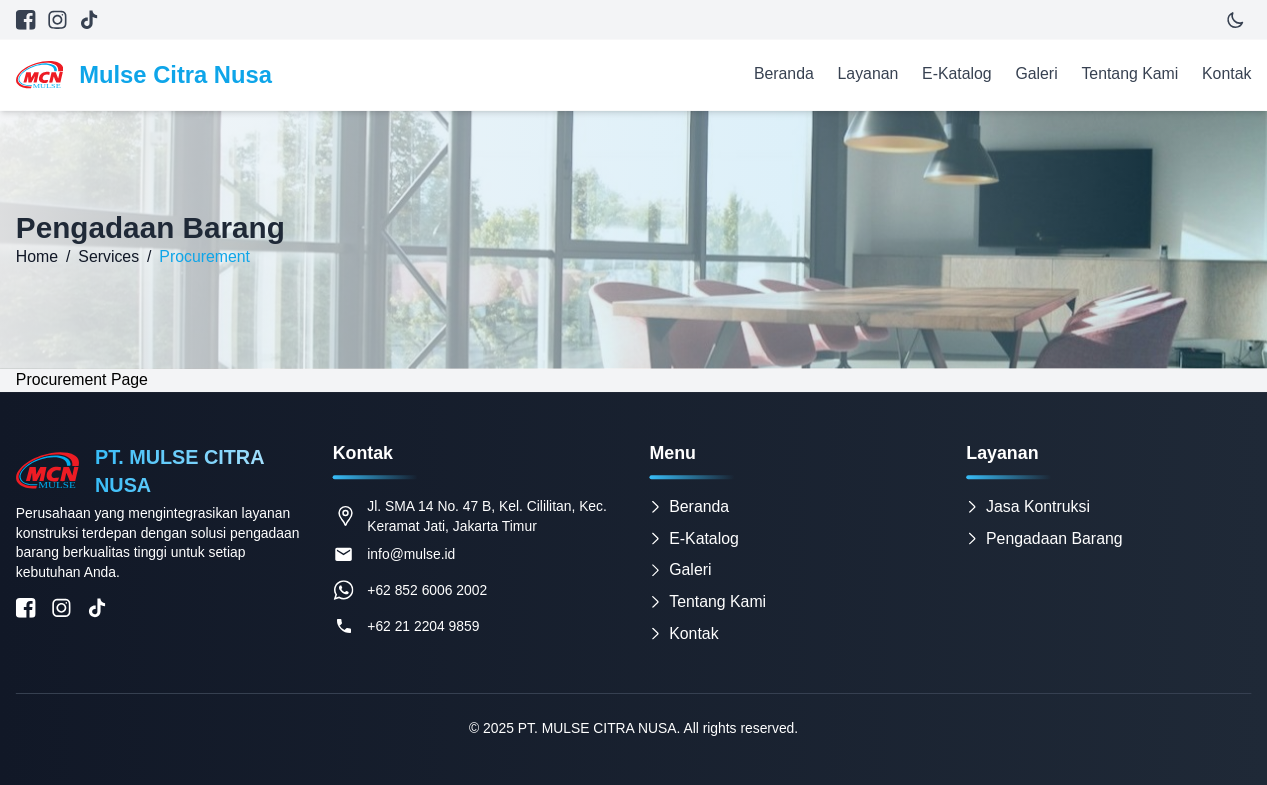
Repository: PrasBaldin/next-mulse
Page: /services/procurement
The author's editor kept a copy of each file at every save. The page is drawn from the files as they stood at one save, then again after the next save.
The browser window is 1280 px wide. The pictures show the whole page, at 99% of full size.
The project was rebuilt for these pictures with package versions that can differ from the ones it lists, and the page was loaded fresh each time. The framework's server and built-in components were replaced by stand-ins that run in the browser. Also part of the build but not shown: next.config.ts.

Above is the page before, as saved 2025-02-26 12:46:35.

### app/layout.tsx
import type { Metadata } from "next";
import { Geist, Geist_Mono } from "next/font/google";
import "./globals.css";
import Navbar from "@/components/navbar";
import Footer from "@/components/footer";

const geistSans = Geist({
  variable: "--font-geist-sans",
  subsets: ["latin"],
});

const geistMono = Geist_Mono({
  variable: "--font-geist-mono",
  subsets: ["latin"],
});

export const metadata: Metadata = {
  title: "Mulse",
  description: "Selamat datang di PT. Mulse Citra Nusa, kami menyediakan barang dan jasa sesuai kebutuhan Anda.",
};

export default function RootLayout({
  children,
}: Readonly<{
  children: React.ReactNode;
}>) {
  return (
    <html lang="en">
      <body className={`${geistSans.variable} ${geistMono.variable} antialiased`} >
        <Navbar />
        {children}
        <Footer />
      </body>
    </html>
  );
}

### app/services/procurement/page.tsx
import Link from "next/link";

const ProcurementPage = () => {
  return (
    <>
      <section className="mt-[72px] lg:mt-[112px]">
        <div className="banner">
          <div className="banner-mask"></div>
          <div className="container z-[1] relative">
            <div className="banner-content">
              <h4 className="text-3xl font-bold text-gray-800 dark:text-gray-100 transition duration-500 ease-in-out">
                Pengadaan Barang
              </h4>
              <ul className="breadcrumbs">
                <li>
                  <Link
                    href="/"
                    className="text-gray-900 dark:text-gray-100 transition duration-500 ease-in-out"
                  >
                    Home
                  </Link>
                </li>
                <li className="text-gray-900 dark:text-gray-100 transition duration-500 ease-in-out">
                  /
                </li>
                <li>
                  <Link
                    href="/"
                    className="text-gray-900 dark:text-gray-100 transition duration-500 ease-in-out"
                  >
                    Services
                  </Link>
                </li>
                <li className="text-gray-900 dark:text-gray-100 transition duration-500 ease-in-out">
                  /
                </li>
                <li>
                  <Link href="/gallery" className="text-sky-500">
                    Procurement
                  </Link>
                </li>
              </ul>
            </div>
          </div>
        </div>
      </section>
      <div className="container">
        <h3>Procurement Page</h3>
      </div>
    </>
  );
};

export default ProcurementPage;

### app/globals.css
@tailwind base;
@tailwind components;
@tailwind utilities;

:root {
  --background: #ffffff;
  --foreground: #171717;
}

@media (prefers-color-scheme: dark) {
  :root {
    --background: #0a0a0a;
    --foreground: #ededed;
  }
}

body {
  font-family: Arial, Helvetica, sans-serif;
  @apply bg-gray-100 dark:bg-gray-700;
}

.container {
  @apply mx-auto px-4;
}

.btn {
  @apply px-4 py-3 rounded-lg transition duration-500 ease-in-out;
}

.btn-primary {
  @apply bg-sky-600 hover:bg-sky-700 dark:hover:bg-sky-700 text-gray-100 hover:text-gray-300;
}

.btn-secondary {
  @apply bg-gray-100 hover:bg-gray-300 dark:hover:bg-gray-300 text-gray-800;
}

.btn-primary-border {
  @apply bg-transparent hover:bg-sky-500 dark:hover:bg-sky-500 border-2 border-sky-500 text-sky-500 dark:text-sky-500 hover:text-white dark:hover:text-white;
}

.banner {
  background-image: url("/img/banner-2.jpg");
  background-size: cover;
  @apply py-[100px] relative;
}

.banner-mask {
  @apply absolute inset-0 bg-gradient-to-r from-gray-100/90 to-sky-500/20 dark:from-gray-800/90 dark:to-sky-500/20 transition duration-500 ease-in-out z-[0];
}

.breadcrumbs {
  @apply flex gap-2 font-medium;
}

### components/navbar.tsx
"use client";
import { useState } from "react";
import Link from "next/link";
import Image from "next/image";

import MulseSvg from "@/public/img/mulse.svg";
import "./navbar.css";

// import ToggleLanguage from "./toggleLanguage";
import ToggleDarkMode from "./toggleDarkMode";

const Navbar = () => {
  const [isOpen, setIsOpen] = useState(false);
  const [isDropdownOpen, setIsDropdownOpen] = useState(false);

  return (
    <>
      <div className="utility-bar">
        <div className="container">
          <div className="flex justify-between items-center">
            <div className="w-full flex">
              <a
                href="https://www.facebook.com/profile.php?id=61550927165561&ref=ig_profile_ac"
                target="_blank"
                rel="noopener noreferrer"
                aria-label="Facebook"
                className="social-media-link hover:text-sky-400 transition-colors duration-300"
              >
                <svg
                  className="w-5 h-5 rounded"
                  fill="currentColor"
                  viewBox="0 0 24 24"
                  stroke="none"
                >
                  <path d="M22.675 0h-21.35C.593 0 0 .593 0 1.325v21.351C0 23.407.593 24 1.325 24h11.494v-9.294H9.692v-3.622h3.127V8.413c0-3.1 1.894-4.788 4.659-4.788 1.325 0 2.463.099 2.794.143v3.24l-1.918.001c-1.504 0-1.794.715-1.794 1.763v2.314h3.587l-.467 3.622h-3.12V24h6.116C23.407 24 24 23.407 24 22.675V1.325C24 .593 23.407 0 22.675 0z" />
                </svg>
              </a>
              <a
                href="https://www.instagram.com/mulse.id/"
                target="_blank"
                rel="noopener noreferrer"
                aria-label="Instagram"
                className="social-media-link hover:text-sky-400 transition-colors duration-300"
              >
                <svg
                  className="w-5 h-5"
                  viewBox="0 0 24 24"
                  fill="none"
                  xmlns="http://www.w3.org/2000/svg"
                >
                  <path
                    fillRule="evenodd"
                    clipRule="evenodd"
                    d="M12 18C15.3137 18 18 15.3137 18 12C18 8.68629 15.3137 6 12 6C8.68629 6 6 8.68629 6 12C6 15.3137 8.68629 18 12 18ZM12 16C14.2091 16 16 14.2091 16 12C16 9.79086 14.2091 8 12 8C9.79086 8 8 9.79086 8 12C8 14.2091 9.79086 16 12 16Z"
                    fill="currentColor"
                  />
                  <path
                    d="M18 5C17.4477 5 17 5.44772 17 6C17 6.55228 17.4477 7 18 7C18.5523 7 19 6.55228 19 6C19 5.44772 18.5523 5 18 5Z"
                    fill="currentColor"
                  />
                  <path
                    fillRule="evenodd"
                    clipRule="evenodd"
                    d="M1.65396 4.27606C1 5.55953 1 7.23969 1 10.6V13.4C1 16.7603 1 18.4405 1.65396 19.7239C2.2292 20.8529 3.14708 21.7708 4.27606 22.346C5.55953 23 7.23969 23 10.6 23H13.4C16.7603 23 18.4405 23 19.7239 22.346C20.8529 21.7708 21.7708 20.8529 22.346 19.7239C23 18.4405 23 16.7603 23 13.4V10.6C23 7.23969 23 5.55953 22.346 4.27606C21.7708 3.14708 20.8529 2.2292 19.7239 1.65396C18.4405 1 16.7603 1 13.4 1H10.6C7.23969 1 5.55953 1 4.27606 1.65396C3.14708 2.2292 2.2292 3.14708 1.65396 4.27606ZM13.4 3H10.6C8.88684 3 7.72225 3.00156 6.82208 3.0751C5.94524 3.14674 5.49684 3.27659 5.18404 3.43597C4.43139 3.81947 3.81947 4.43139 3.43597 5.18404C3.27659 5.49684 3.14674 5.94524 3.0751 6.82208C3.00156 7.72225 3 8.88684 3 10.6V13.4C3 15.1132 3.00156 16.2777 3.0751 17.1779C3.14674 18.0548 3.27659 18.5032 3.43597 18.816C3.81947 19.5686 4.43139 20.1805 5.18404 20.564C5.49684 20.7234 5.94524 20.8533 6.82208 20.9249C7.72225 20.9984 8.88684 21 10.6 21H13.4C15.1132 21 16.2777 20.9984 17.1779 20.9249C18.0548 20.8533 18.5032 20.7234 18.816 20.564C19.5686 20.1805 20.1805 19.5686 20.564 18.816C20.7234 18.5032 20.8533 18.0548 20.9249 17.1779C20.9984 16.2777 21 15.1132 21 13.4V10.6C21 8.88684 20.9984 7.72225 20.9249 6.82208C20.8533 5.94524 20.7234 5.49684 20.564 5.18404C20.1805 4.43139 19.5686 3.81947 18.816 3.43597C18.5032 3.27659 18.0548 3.14674 17.1779 3.0751C16.2777 3.00156 15.1132 3 13.4 3Z"
                    fill="currentColor"
                  />
                </svg>
              </a>
              <a
                href="/"
                target="_blank"
                rel="noopener noreferrer"
                aria-label="Tiktok"
                className="social-media-link hover:text-sky-400 transition-colors duration-300"
              >
                <svg
                  className="w-5 h-5"
                  fill="currentColor"
                  viewBox="0 0 32 32"
                  version="1.1"
                  xmlns="http://www.w3.org/2000/svg"
                >
                  <path d="M16.656 1.029c1.637-0.025 3.262-0.012 4.886-0.025 0.054 2.031 0.878 3.859 2.189 5.213l-0.002-0.002c1.411 1.271 3.247 2.095 5.271 2.235l0.028 0.002v5.036c-1.912-0.048-3.71-0.489-5.331-1.247l0.082 0.034c-0.784-0.377-1.447-0.764-2.077-1.196l0.052 0.034c-0.012 3.649 0.012 7.298-0.025 10.934-0.103 1.853-0.719 3.543-1.707 4.954l0.020-0.031c-1.652 2.366-4.328 3.919-7.371 4.011l-0.014 0c-0.123 0.006-0.268 0.009-0.414 0.009-1.73 0-3.347-0.482-4.725-1.319l0.040 0.023c-2.508-1.509-4.238-4.091-4.558-7.094l-0.004-0.041c-0.025-0.625-0.037-1.25-0.012-1.862 0.49-4.779 4.494-8.476 9.361-8.476 0.547 0 1.083 0.047 1.604 0.136l-0.056-0.008c0.025 1.849-0.050 3.699-0.050 5.548-0.423-0.153-0.911-0.242-1.42-0.242-1.868 0-3.457 1.194-4.045 2.861l-0.009 0.030c-0.133 0.427-0.21 0.918-0.21 1.426 0 0.206 0.013 0.41 0.037 0.61l-0.002-0.024c0.332 2.046 2.086 3.59 4.201 3.59 0.061 0 0.121-0.001 0.181-0.004l-0.009 0c1.463-0.044 2.733-0.831 3.451-1.994l0.010-0.018c0.267-0.372 0.45-0.822 0.511-1.311l0.001-0.014c0.125-2.237 0.075-4.461 0.087-6.698 0.012-5.036-0.012-10.060 0.025-15.083z"></path>
                </svg>
              </a>
            </div>
            <div className="utility-content">
              {/* <ToggleLanguage /> */}
              <ToggleDarkMode />
            </div>
          </div>
        </div>
      </div>
      <nav className="navbar">
        <div className="container">
          <div className="flex justify-between items-center">
            <Link
              href="/"
              className="text-2xl font-bold text-sky-500 dark:text-gray-100 flex items-center transition duration-500 ease-in-out py-3"
            >
              <Image src={MulseSvg} alt="img" className="w-12 mr-4" />
              Mulse Citra Nusa
            </Link>

            <div className="hidden lg:flex space-x-6 items-center">
              <Link href="/" className="nav-link">
                Beranda
              </Link>

              <div
                className="relative group"
                onMouseEnter={() => setIsDropdownOpen(true)}
                onMouseLeave={() => setIsDropdownOpen(false)}
              >
                <Link href="/services">
                  <button className="nav-link flex items-center">
                    Layanan
                  </button>
                </Link>
                <div
                  className={`nav-dropdown min-w-[200px] ${
                    isDropdownOpen
                      ? "opacity-100 visible scale-100 translate-y-0"
                      : "opacity-0 invisible scale-95 translate-y-3"
                  }`}
                >
                  <Link
                    href="/services/procurement"
                    className="nav-link-dropdown"
                  >
                    Pengadaan Barang
                  </Link>
                  <Link
                    href="/services/construction"
                    className="nav-link-dropdown"
                  >
                    Jasa Konstruksi
                  </Link>
                </div>
              </div>
              <a
                href="https://katalog.inaproc.id/mulse-citra-nusa"
                target="_blank"
                className="nav-link"
              >
                E-Katalog
              </a>
              <Link href="/gallery" className="nav-link">
                Galeri
              </Link>
              <Link href="/about" className="nav-link">
                Tentang Kami
              </Link>
              <Link href="/contact" className="nav-link">
                Kontak
              </Link>
            </div>

            <button
              className="lg:hidden relative w-8 h-8"
              onClick={() => setIsOpen(!isOpen)}
            >
              <div
                className={`hamburger ${
                  isOpen
                    ? "rotate-45 top-1/2 transform -translate-y-1/2"
                    : "top-2"
                }`}
              ></div>
              <div
                className={`hamburger ${
                  isOpen ? "opacity-0" : "top-1/2 transform -translate-y-1/2"
                }`}
              ></div>
              <div
                className={`hamburger ${
                  isOpen
                    ? "-rotate-45 bottom-1/2 transform translate-y-1/2"
                    : "bottom-2"
                }`}
              ></div>
            </button>
          </div>
        </div>
      </nav>

      {/* Overlay Sidebar */}
      <div
        className={`lg:hidden fixed top-18 left-0 w-full h-full bg-black/50 backdrop-blur-sm transition-opacity duration-500 ease-in-out z-[9] ${
          isOpen ? "opacity-100 visible" : "opacity-0 invisible"
        }`}
        onClick={() => setIsOpen(false)}
      ></div>

      {/* Sidebar Menu */}
      <div
        className={`bg-white dark:bg-gray-800 lg:hidden fixed mt-[72px] right-0 w-64 h-full shadow-lg transform transition-transform duration-500 ease-in-out z-10 ${
          isOpen ? "translate-x-0" : "translate-x-full"
        }`}
      >
        <div className="p-6 flex flex-col space-y-4">
          <Link
            href="/"
            className="nav-link-mobile"
            onClick={() => setIsOpen(false)}
          >
            Beranda
          </Link>

          <div>
            <button
              className="nav-link-mobile flex items-center w-full"
              onClick={() => setIsDropdownOpen(!isDropdownOpen)}
            >
              Layanan
              <span
                className={`dropdown-arrow ${
                  isDropdownOpen
                    ? "rotate-45 absolute right-9 mb-2"
                    : "-rotate-45 absolute right-9"
                }`}
              ></span>
            </button>
            <div
              className={`bg-white dark:bg-gray-800 ml-4 space-y-2 rounded-lg overflow-hidden transition-all duration-500 ease-in-out ${
                isDropdownOpen
                  ? "max-h-[500px] opacity-100 p-2 mt-2"
                  : "max-h-0 opacity-0 p-0 mt-0"
              }`}
            >
              <Link
                href="/services/procurement"
                className="nav-link-mobile block"
                onClick={() => setIsOpen(false)}
              >
                Pengadaan Barang
              </Link>
              <Link
                href="/services/construction"
                className="nav-link-mobile block"
                onClick={() => setIsOpen(false)}
              >
                Jasa Konstruksi
              </Link>
            </div>
          </div>
          <Link
            href="https://katalog.mulse.id"
            className="nav-link-mobile"
            onClick={() => setIsOpen(false)}
          >
            E-Katalog
          </Link>
          <Link
            href="/gallery"
            className="nav-link-mobile"
            onClick={() => setIsOpen(false)}
          >
            Galeri
          </Link>
          <Link
            href="/about"
            className="nav-link-mobile"
            onClick={() => setIsOpen(false)}
          >
            Tentang Kami
          </Link>
          <Link
            href="/contact"
            className="nav-link-mobile"
            onClick={() => setIsOpen(false)}
          >
            Kontak
          </Link>
          {/* <ToggleLanguage /> */}
          <ToggleDarkMode />
        </div>
      </div>
    </>
  );
};

export default Navbar;

### components/navbar.css
.utility-bar {
  @apply hidden lg:block absolute top-0 w-full py-1 bg-gray-100 dark:bg-gray-700 transition duration-500 ease-in-out z-10;
}

.utility-content {
  @apply w-auto flex gap-2;
}

.social-media-link {
  @apply mr-3 text-gray-700 dark:text-gray-100 hover:text-sky-500 dark:hover:text-sky-500 transition duration-300;
}

.navbar {
  @apply bg-white dark:bg-gray-800 transition duration-500 ease-in-out shadow-md top-0 lg:top-[40px] fixed lg:absolute w-full z-20;
}

.nav-link {
  @apply text-gray-700 hover:text-sky-500 dark:hover:text-sky-500 dark:text-gray-100 py-5 transition duration-500 ease-in-out border-b-2 border-transparent hover:border-sky-500 flex items-center;
}

.nav-dropdown {
  @apply bg-white dark:bg-gray-800 absolute top-[4rem] -left-2 w-auto pt-2 p-3 border-2 border-sky-300 dark:border-sky-800 border-t-sky-500 dark:border-t-sky-500 shadow-xl rounded-lg overflow-visible transition-all duration-300 transform;
}

.nav-link-dropdown {
  @apply text-gray-700 hover:text-sky-500 dark:hover:text-sky-500 dark:text-gray-100 pt-2 pb-1 transition duration-500 ease-in-out hover:bg-gray-100 dark:hover:bg-gray-700 rounded border-b border-gray-200 hover:border-sky-500 block mt-2 px-2;
}

.nav-link-mobile {
  @apply hover:bg-gray-100 dark:hover:bg-gray-700 text-gray-700 hover:text-sky-500 dark:hover:text-sky-500 dark:text-gray-100 py-2 pl-2 border-b border-gray-200 hover:border-sky-500 rounded transition;
}

.hamburger {
  @apply absolute w-6 h-[3px] bg-gray-800 dark:bg-gray-100 rounded transition duration-500 ease-in-out;
}

.dropdown-arrow {
  @apply border-b-2 border-r-2 border-gray-700 dark:border-gray-100 ml-2 w-3 h-3 transition duration-500 ease-in-out;
}

.nav-link-mobile:hover .dropdown-arrow {
  @apply border-sky-500;
}

### components/toggleDarkMode.tsx
"use client";
import { useState, useEffect } from "react";
import IconDarkMode from "../app/_assets/icon/iconDarkmode";
import IconLightMode from "../app/_assets/icon/iconLightmode";

import "./toggleDarkMode.css";

const ToggleDarkMode = () => {
  const [isDarkMode, setIsDarkMode] = useState(false);
  useEffect(() => {
    const storedTheme = localStorage.getItem("theme");
    setIsDarkMode(storedTheme === "dark");
  }, []);

  useEffect(() => {
    if (isDarkMode) {
      document.documentElement.classList.add("dark");
      localStorage.setItem("theme", "dark");
    } else {
      document.documentElement.classList.remove("dark");
      localStorage.setItem("theme", "light");
    }
  }, [isDarkMode]);

  return (
    <>
      {/* Mobile */}
      <button
        onClick={() => setIsDarkMode(!isDarkMode)}
        className="lg:hidden btn h-11 flex items-center"
        style={{ padding: ".5rem" }}
      >
        <div className="block">
          <div className="absolute flex items-center gap-2">
            <div
              className={`toggle-dark-mode-mobile gap-2 ${
                isDarkMode ? "opacity-100 rotate-0" : "opacity-0 rotate-90"
              }`}
            >
              <IconLightMode />
            </div>
            <span
              className={`text-gray-700 dark:text-gray-300 ${
                isDarkMode ? "opacity-100" : "opacity-0"
              }`}
            >
              Light Mode
            </span>
          </div>
          <div className="flex items-center gap-2">
            <div
              className={`toggle-dark-mode-mobile gap-2 ${
                isDarkMode ? "opacity-0 -rotate-90" : "opacity-100 rotate-0"
              }`}
            >
              <IconDarkMode />
            </div>
            <span
              className={`text-gray-700 dark:text-gray-300 ${
                isDarkMode ? "opacity-0" : "opacity-100"
              }`}
            >
              Night Mode
            </span>
          </div>
        </div>
      </button>

      {/* Desktop */}
      <button
        onClick={() => setIsDarkMode(!isDarkMode)}
        className="btn hidden lg:block btn w-8 h-8 relative overflow-hidden"
      >
        <div
          className={`toggle-dark-mode ${
            isDarkMode ? "opacity-100 rotate-0" : "opacity-0 rotate-90"
          }`}
        >
          <IconLightMode />
        </div>
        <div
          className={`toggle-dark-mode ${
            isDarkMode ? "opacity-0 -rotate-90" : "opacity-100 rotate-0"
          }`}
        >
          <IconDarkMode />
        </div>
      </button>
    </>
  );
};

export default ToggleDarkMode;

### components/footer.css
footer table tr a {
    @apply transition duration-300
}

footer table tr:hover a {
    @apply text-sky-400
}

### app/_assets/icon/iconDarkmode.tsx
import React from "react";

const IconDarkmode = () => {
    return (
        <svg xmlns="http://www.w3.org/2000/svg" className="h-5 w-5 text-gray-700 dark:text-gray-100" fill="none" viewBox="0 0 24 24" stroke="currentColor">
            <path strokeLinecap="round" strokeLinejoin="round" strokeWidth={2} d="M20.354 15.354A9 9 0 018.646 3.646 9.003 9.003 0 0012 21a9.003 9.003 0 008.354-5.646z" />
        </svg>
    )
}

export default IconDarkmode

### app/_assets/icon/iconLightmode.tsx
import React from "react";

const IconLightMode = () => {
    return (
        <svg xmlns="http://www.w3.org/2000/svg" className="h-5 w-5 text-gray-100" fill="none" viewBox="0 0 24 24" stroke="currentColor">
            <path strokeLinecap="round" strokeLinejoin="round" strokeWidth="2" d="M12 3v1m0 16v1m9-9h-1M4 12H3m15.364 6.364l-.707-.707M6.343 6.343l-.707-.707m12.728 0l-.707.707M6.343 17.657l-.707.707" />
            <circle cx="12" cy="12" r="3" stroke="currentColor" strokeWidth="2" fill="none" />
        </svg>
    )
}

export default IconLightMode

### components/toggleDarkMode.css
.toggle-dark-mode {
    @apply absolute top-0 bottom-0 left-0 right-0 flex items-center justify-center transition-all duration-500 transform
}

.toggle-dark-mode-mobile {
    @apply flex items-center justify-center transition-all duration-500 transform
}

### tailwind.config.ts
import type { Config } from "tailwindcss";

export default {
  darkMode: 'class',
  content: [
    "./pages/**/*.{js,ts,jsx,tsx,mdx}",
    "./components/**/*.{js,ts,jsx,tsx,mdx}",
    "./app/**/*.{js,ts,jsx,tsx,mdx}"
  ],
  theme: {
    extend: {
      width: {
        '11': '2.75rem',
      },
      height: {
        '11': '2.75rem',
      },
      colors: {
        background: "var(--background)",
        foreground: "var(--foreground)",
      },
    },
  },
  plugins: [],
} satisfies Config;

Loaded but not shown: components/footer.tsx (503 lines, source omitted)

After the next save:
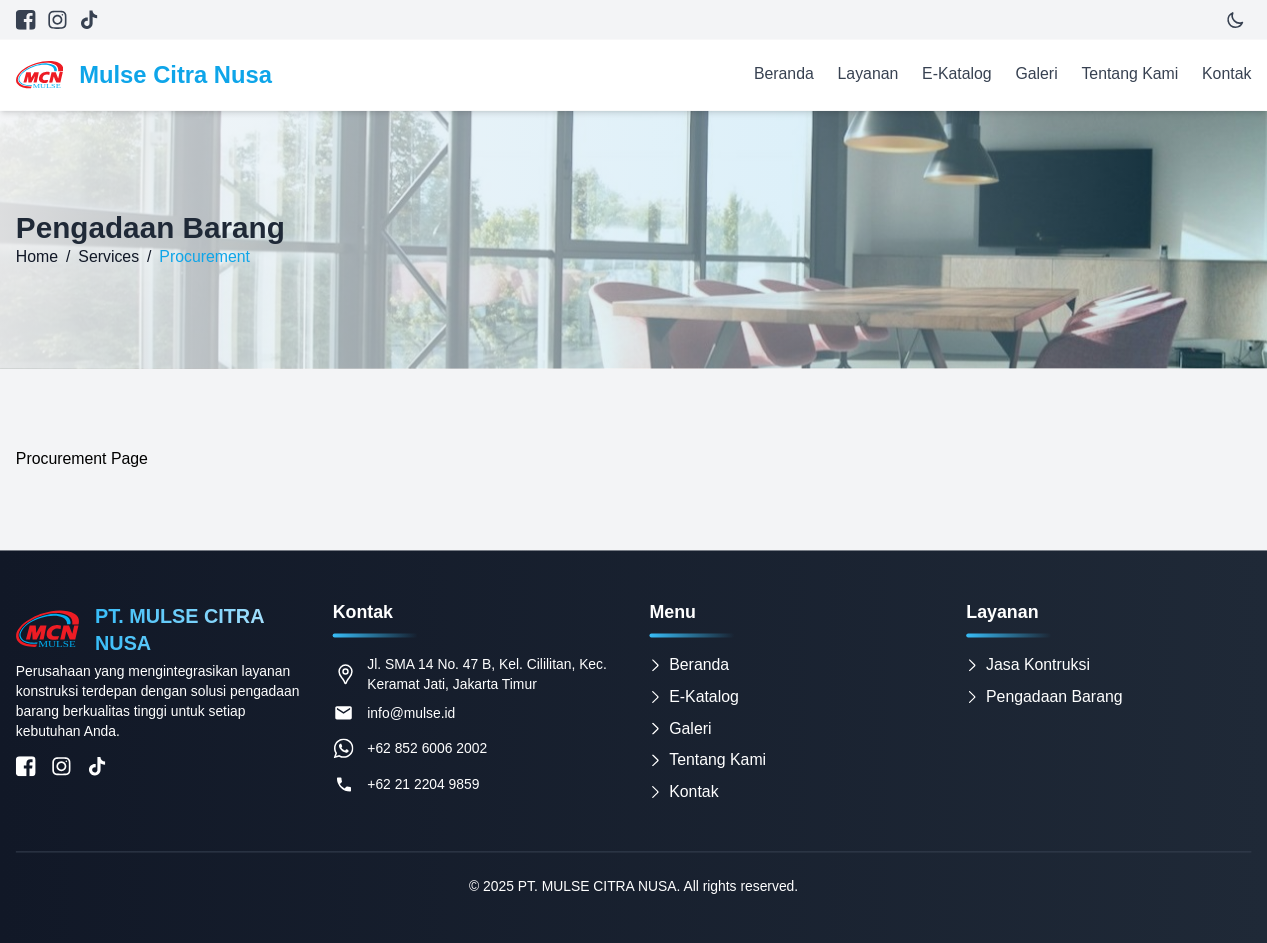
Saved 32 s later.
--- a/app/services/procurement/page.tsx
+++ b/app/services/procurement/page.tsx
@@ -44,9 +44,11 @@
           </div>
         </div>
       </section>
-      <div className="container">
-        <h3>Procurement Page</h3>
-      </div>
+      <section className="py-20">
+        <div className="container">
+          <h3>Procurement Page</h3>
+        </div>
+      </section>
     </>
   );
 };
